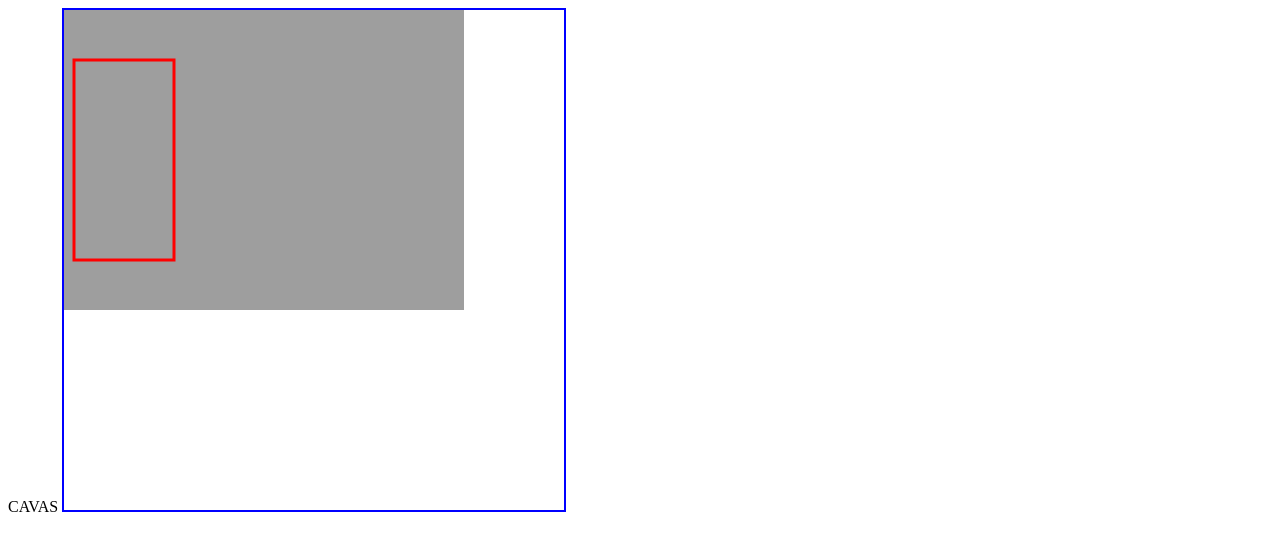
Repository: Backcoder-June/AI_Platform
Page: naverai/src/main/resources/static/cameratest.html
These files come from the project's save history. The page is drawn as it stood at one moment and after the next save; the edit follows.
The browser window is 1280 px wide. The pictures show the whole page.

Above is the page before, as saved 2022-09-02 07:06:42.

### naverai/src/main/resources/static/cameratest.html
<!DOCTYPE html>
<html>
<head>
<meta charset="UTF-8">
<title>Insert title here</title>

<script src="js/jquery-3.6.0.min.js"></script>
<script>
$(document).ready(function(){
	var mycanvas = document.getElementById("mycanvas");
	var mycontext = mycanvas.getContext("2d");

	var myimage = new Image();
	myimage.src = "http://localhost:8083/naverai/yuna1.png";
	myimage.onload = function(){
	mycontext.drawImage(myimage,0,0,myimage.width, myimage.height);
	mycontext.lineWidth = 3;
	mycontext.strokeStyle = "red";
	mycontext.strokeRect(10,50,100,200);
	}


});//ready

</script>


</head>
<body>
CAVAS

<canvas id="mycanvas" width=500 height=500 style="border:2px solid blue">
</canvas>


</body>
</html>

Loaded but not shown: naverai/src/main/resources/static/js/jquery-3.6.0.min.js (library)

After the next save:
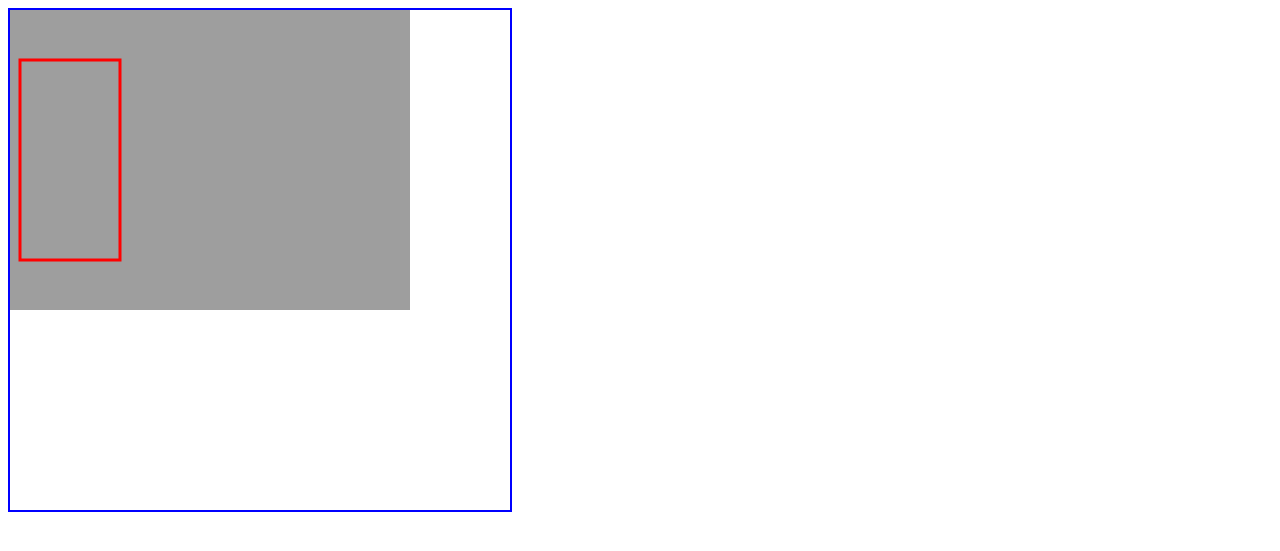
Saved 15 s later.
--- a/naverai/src/main/resources/static/cameratest.html
+++ b/naverai/src/main/resources/static/cameratest.html
@@ -27,7 +27,6 @@ $(document).ready(function(){
 
 </head>
 <body>
-CAVAS
 
 <canvas id="mycanvas" width=500 height=500 style="border:2px solid blue">
 </canvas>
